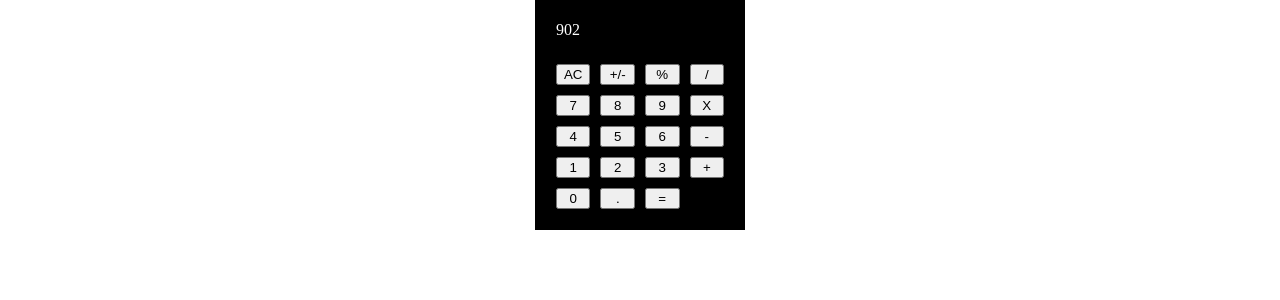
Repository: dmpelaez/calculator
Page: Calculator.html
These files come from the project's save history. The page is drawn as it stood at one moment and after the next save; the edit follows.
The browser window is 1280 px wide. The pictures show the whole page.

Above is the page before, as saved 2025-12-15 19:52:06.

### Calculator.html
<!DOCTYPE html>

  <html>
    <head>

      <title>Calculator</title>

      <!--CSS-->
      <link rel="stylesheet" href="Calculator.css">

    </head>
    <body>
      <!--Container-->
      <main class="container">

        <!--Sections-->
        <section class="Section">

          <!--Input section-->
          <div class="inputSection">902</div>

          <!--Btns section-->
          <div class="btnSection">
            <button class="btn cancel">AC</button>
            <button class="btn signs">+/-</button>
            <button class="btn rmnder">%</button>
            <button class="btn divide">/</button>
            <button class="btn seven">7</button>
            <button class="btn eight">8</button>
            <button class="btn nine">9</button>
            <button class="btn times">X</button>
            <button class="btn four">4</button>
            <button class="btn five">5</button>
            <button class="btn six">6</button>
            <button class="btn minus">-</button>
            <button class="btn one">1</button>
            <button class="btn two">2</button>
            <button class="btn three">3</button>
            <button class="btn plus">+</button>
            <button class="btn zero">0</button>
            <button class="btn dot">.</button>
            <button class="btn equal">=</button>
          </div>
        </section>


      </main>

      <script src="Calculator.js"></script>
    </body>

  </html>

### Calculator.css
body {
  margin: 0;
  padding: 0;
  box-sizing: border-box;
  display: flex;
  align-items: center;
  justify-content: center;

}

.Section {
display: flex;
flex-direction: column;
border: 1px solid black;

gap: 20px;
background: black;
}
.inputSection {
  color: white;
  padding: 20px;
  padding-bottom: 0px;
}
.btnSection {
  display: grid;
  grid-template-columns: 1fr 1fr 1fr 1fr;
  padding: 20px;
  gap: 10px;
  padding-top: 5px;
}

Loaded but not shown: Calculator.js (no stored copy; drawn as an empty file)

After the next save:
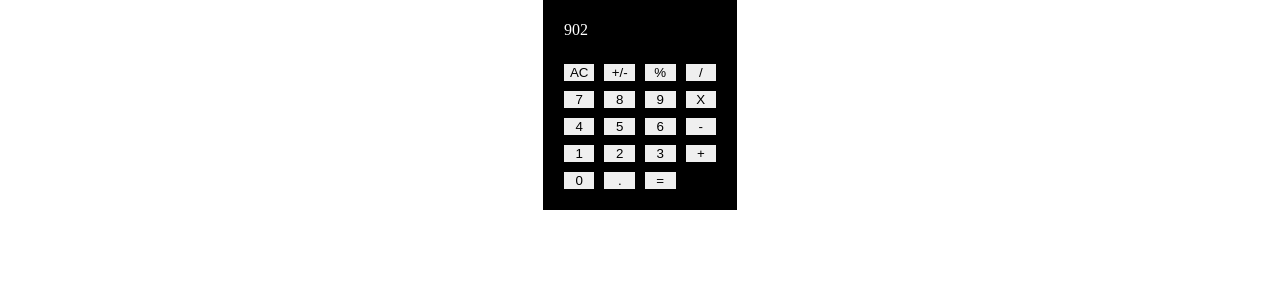
Saved 14 s later.
--- a/Calculator.css
+++ b/Calculator.css
@@ -28,3 +28,6 @@ background: black;
   gap: 10px;
   padding-top: 5px;
 }
+.btn {
+  border: none;
+}
